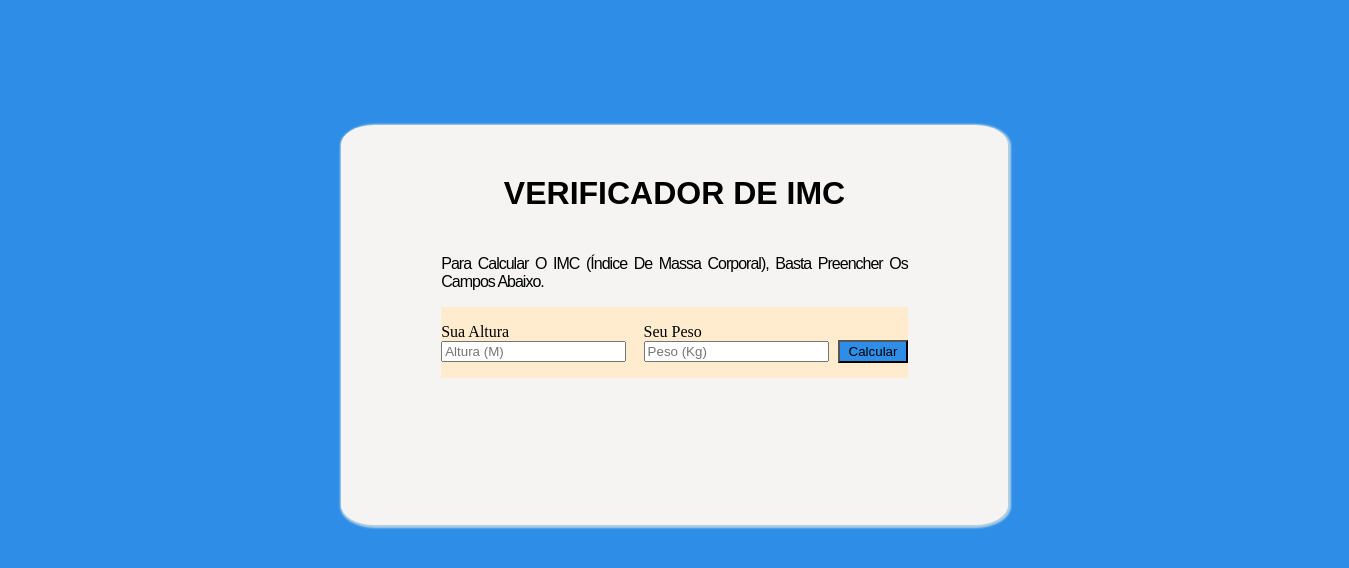
Repository: Ramonuriel/JS-Projetos
Page: Verificador de IMC/index.html
An editor plug-in stored every save of this project. The page is shown before and after a run of saves, followed by the edit.
The browser window is 1280 px wide. The page is 1349 px wide, so the pictures cover 1349 px, including what lies to the right of the window. The pictures show the whole page.

Above is the page before, as saved 2022-11-15 20:03:59.

### Verificador de IMC/index.html
<!DOCTYPE html>
<html lang="pt-BR">

<head>
  <meta charset="UTF-8">
  <meta http-equiv="X-UA-Compatible" content="IE=edge">
  <meta name="viewport" content="width=device-width, initial-scale=1.0">
  <link rel="stylesheet" href="/CSS/style.css">
  <title>Como está o seu IMC ?</title>
</head>

<body>
  <section class="box">
    <H1 class="title">Verificador de IMC</H1>

    <p class="subtitle">Para calcular o IMC (Índice de Massa Corporal), basta preencher os campos abaixo.

    </p>

    <div class="input">
      <p>
        <label for="altura" class="text-input">sua altura</label>
        <input type="number" name="" id="altura" min="0" required placeholder="Altura (M)">
      </p>
      <p>
        <label for="peso" class="text-input">seu peso</label>
        <input type="number" name="" id="peso" min="0" required placeholder="Peso (Kg)">
      </p>
      <button class="btn" type="submit">Calcular</button>
    </div>


  </section>

</body>

</html>

### Verificador de IMC/CSS/style.css
html {
  margin: 0%;
  padding: 0%;
  width: 1349px;
}

body {
  background: rgb(45, 141, 231);
}
.title {
  margin-top: 50px;
  font-size: 2rem;
  font-family: Arial, sans-serif;
  font-weight: 600;
  text-transform: uppercase;
}

.subtitle {
  margin-left: 100px;
  margin-right: 100px;
  text-align: justify;
  font-size: 1rem;
  font-family: Arial, sans-serif;
  font-weight: 500;
  text-transform: capitalize;
  letter-spacing: -1px;
}

.box {
  margin: auto;
  margin-top: 125px;
  display: flex;
  flex-direction: column;
  border-radius: 5%;
  width: 50%;
  height: 400px;
  background-color: rgb(245, 244, 243);
  box-shadow: 1px 1px 2px 2px rgb(178, 208, 226);

  justify-items: center;
  align-items: center;
}

.input {
  width: 70%;
  background-color: blanchedalmond;
  justify-content: center;
  display: inline-flex;
  flex-direction: row;
}

.text-input {
  font-size: 1rem;
  text-transform: capitalize;
}

.btn {
  width: 18%;
  height: 23px;
  margin-top: 33px;
  background: rgb(45, 141, 231);
}

After the next 5 saves:
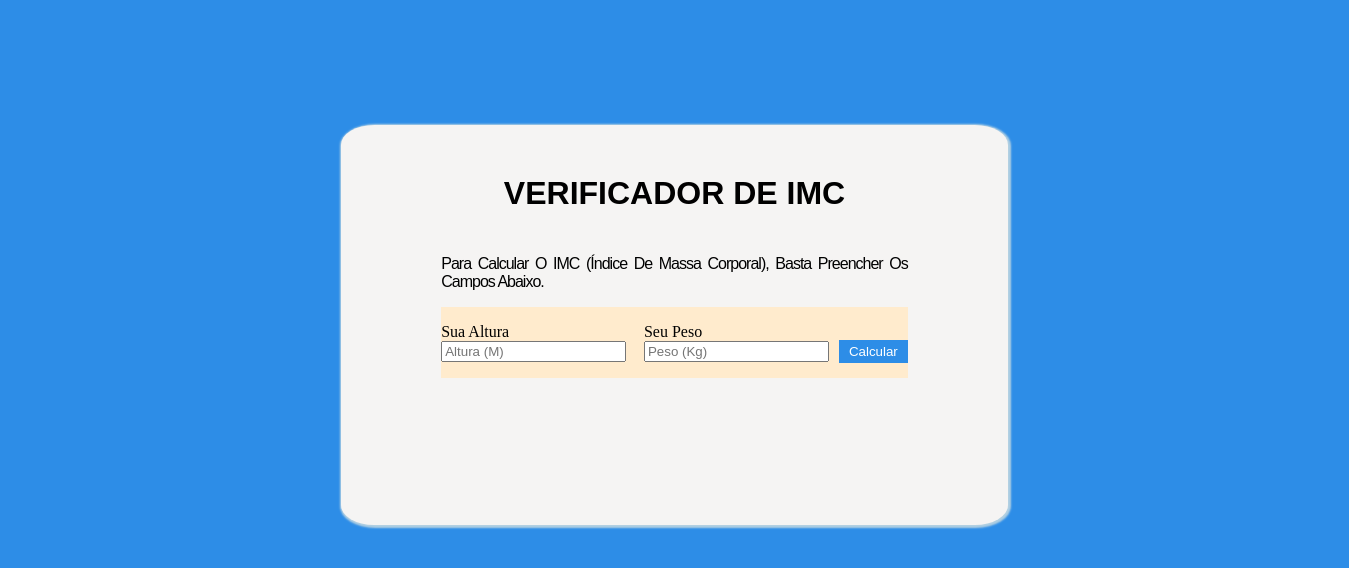
The 5 saves are shown as one change because they came seconds apart.
The last was saved 19 s later.
--- a/Verificador de IMC/CSS/style.css
+++ b/Verificador de IMC/CSS/style.css
@@ -59,4 +59,6 @@ body {
   height: 23px;
   margin-top: 33px;
   background: rgb(45, 141, 231);
+  color: white;
+  border: white;
 }
